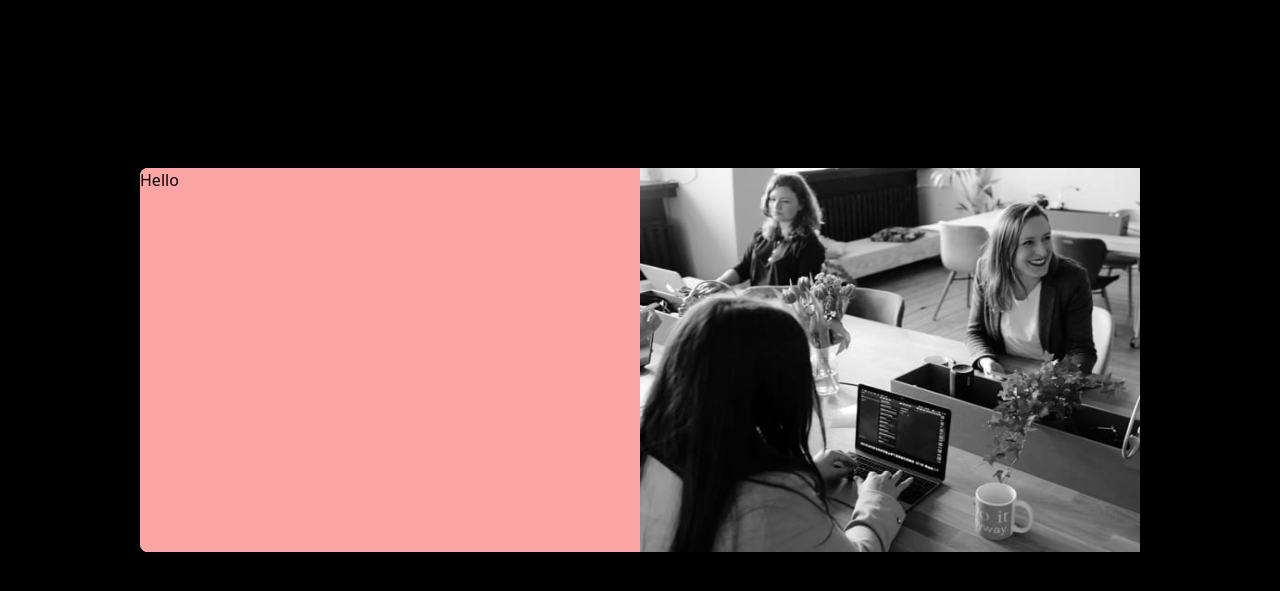
Repository: BerlinWebDev/FrontendMaster_PreviewMentor
Page: /
An editor plug-in stored every save of this project. The page is shown before and after the next save, followed by the edit.
The browser window is 1280 px wide. The pictures show the whole page.
The project was rebuilt for these pictures with package versions that can differ from the ones it lists, and the page was loaded fresh each time.

Above is the page before, as saved 2023-11-11 18:36:36.

After the next save:
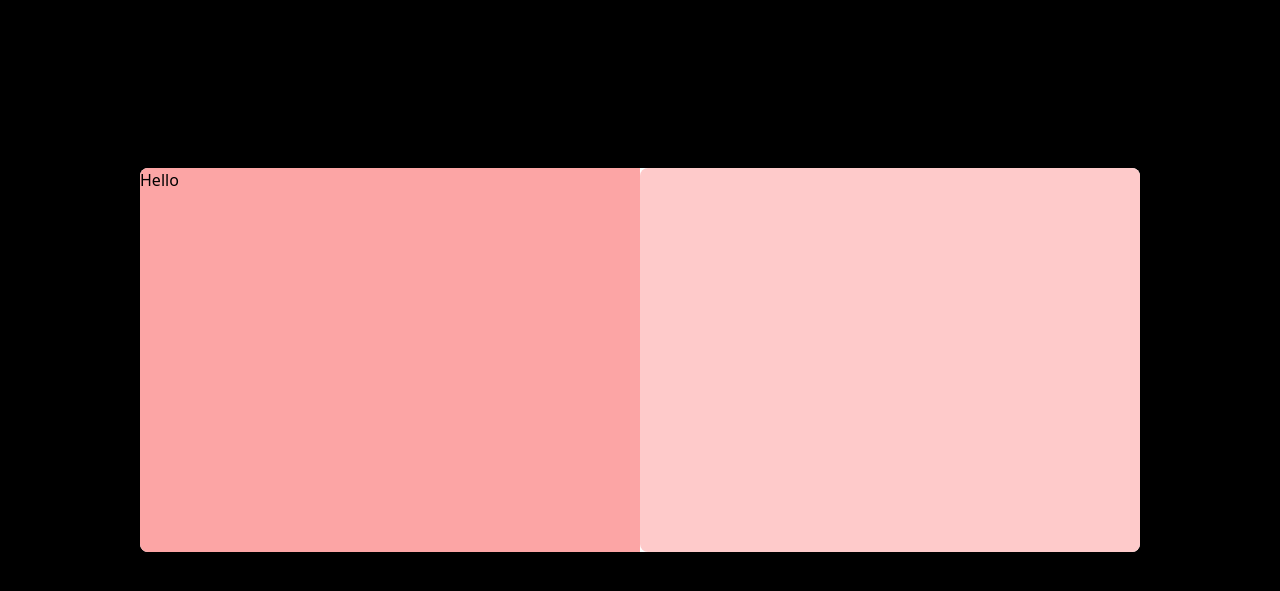
Saved 71 s later.
--- a/src/App.js
+++ b/src/App.js
@@ -11,9 +11,7 @@
       <main className="flex min-h-screen flex-col items-center justify-center bg-black">
         <div className="flex h-96 w-[1000px] rounded-lg bg-white">
           <aside className="w-1/2 bg-red-300 rounded-l-lg">Hello</aside>
-          <aside className="w-1/2 bg-red-200 rounded-lg">
-            <img className="h-full w-full " src={Image} alt="Header-Desktop" />
-          </aside>
+          <aside className="w-1/2 bg-red-200 rounded-lg"></aside>
         </div>
       </main>
     </>

After the save that followed:
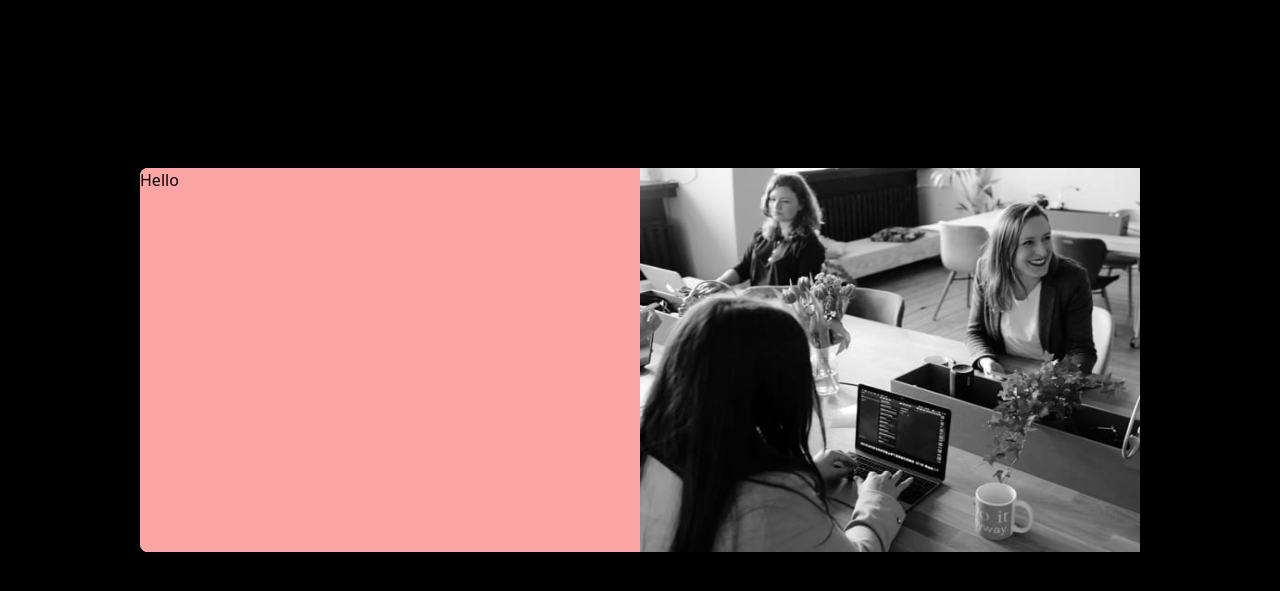
Saved 5 s later.
--- a/src/App.js
+++ b/src/App.js
@@ -11,7 +11,10 @@
       <main className="flex min-h-screen flex-col items-center justify-center bg-black">
         <div className="flex h-96 w-[1000px] rounded-lg bg-white">
           <aside className="w-1/2 bg-red-300 rounded-l-lg">Hello</aside>
-          <aside className="w-1/2 bg-red-200 rounded-lg"></aside>
+          <aside className="w-1/2 bg-red-200 rounded-lg">
+            {" "}
+            <img className="h-full w-full " src={Image} alt="Header-Desktop" />
+          </aside>
         </div>
       </main>
     </>
